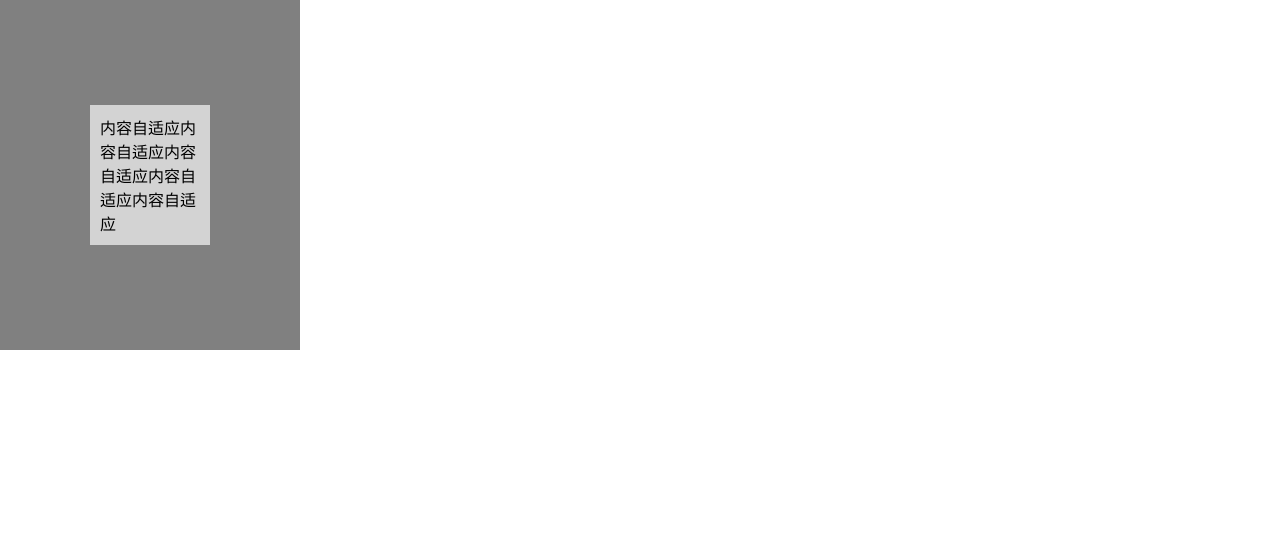
Repository: ArtemisWang/webpack
Page: src/demo20.html
The author's editor kept a copy of each file at every save. The page is drawn from the files as they stood at one save, then again after the next save.
The browser window is 1280 px wide. The pictures show the whole page.

Above is the page before, as saved 2020-03-31 20:51:45.

After the next save:
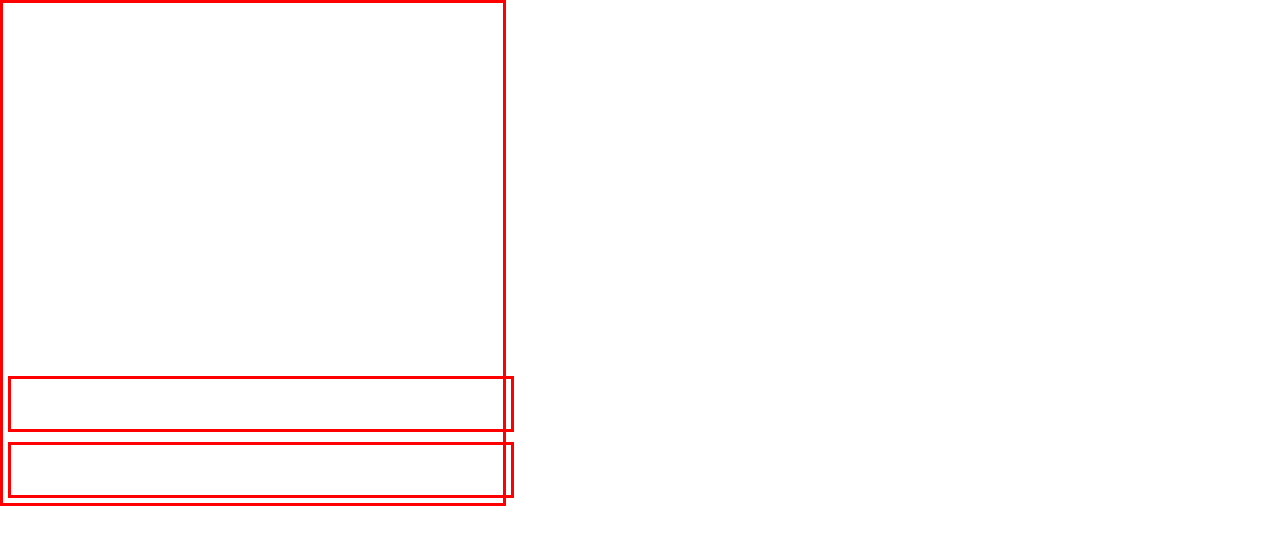
Saved 15 min 4 s later.
--- a/src/demo20.html
+++ b/src/demo20.html
@@ -23,12 +23,29 @@
         width:100px;
         padding:10px;
     }
+    .container{
+	display:flex;
+    width:500px;
+    height:500px;
+    border: solid red 3px;
+    flex-direction:column-reverse;
+}
+
+.item{
+	width:500px;
+    height:50px;
+    border: solid red 3px;
+    margin:5px;
+}
     </style>
 </head>
 <body>
-	<div class="father">
-        <div class="child">
-            内容自适应内容自适应内容自适应内容自适应内容自适应
+	<div class="container">
+        <div class="item">
+
+        </div>
+        <div class="item">
+
         </div>
     </div>
 </body>
